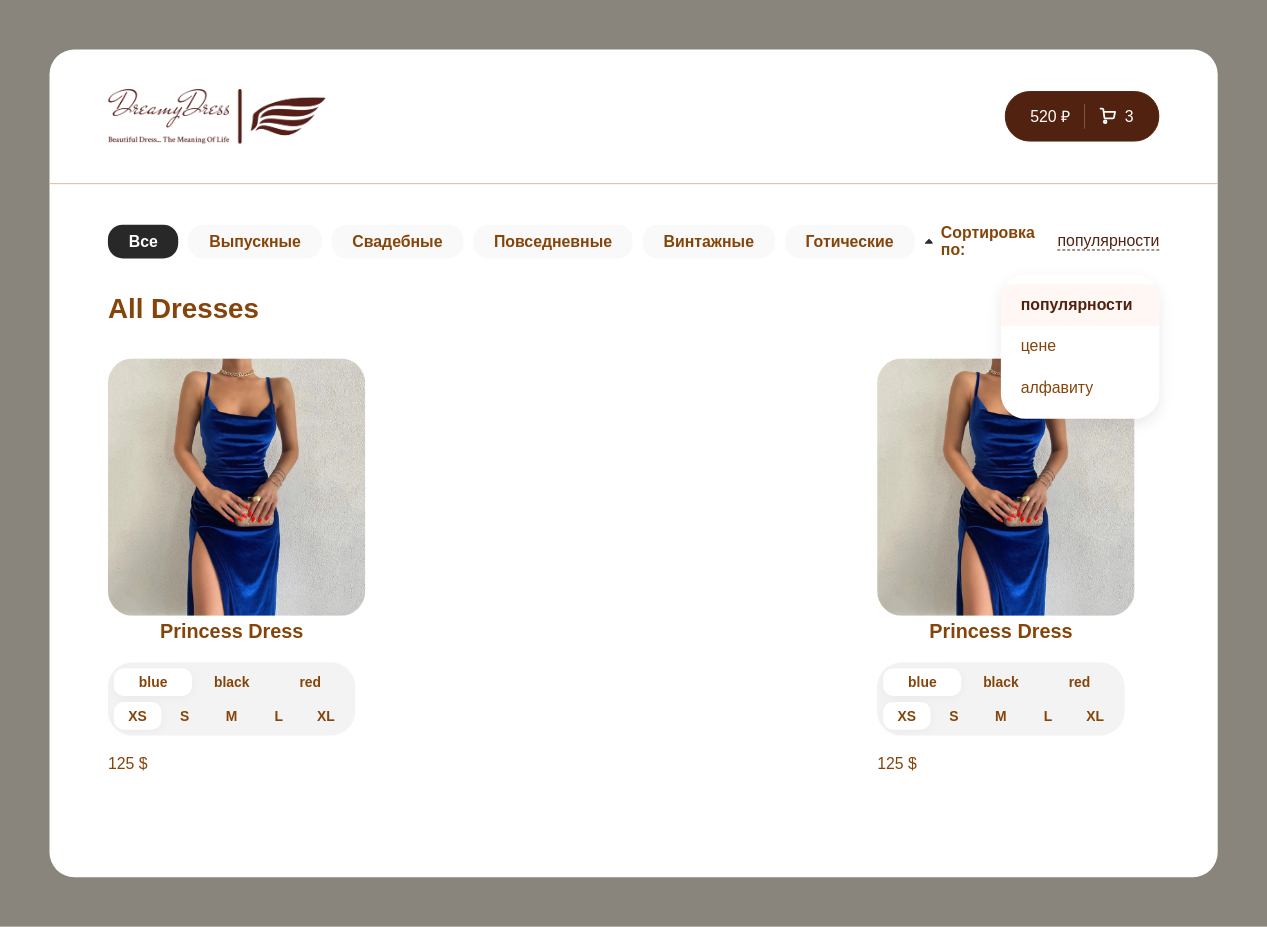
Repository: DisasterWoman/SPA-shop
Page: /
An editor plug-in stored every save of this project. The page is shown before and after the next save, followed by the edit.
The browser window is 1280 px wide. The pictures show the whole page, at 99% of full size.
Some web fonts or font styles are not loaded; a fallback is used. The project was rebuilt for these pictures with package versions that can differ from the ones it lists, and the page was loaded fresh each time.

Above is the page before, as saved 2022-11-28 20:35:53.

### src/App.js
import './scss/app.scss';
import Categories from './components/Categories/Categories';
import DressBlock from './components/DressBlock/DressBlock';
import Header from './components/Header/Header';
import Sort from './components/Sort/Sort';

function App() {
  return (
    <div className="wrapper">
      <Header />
      <div className="content">
        <div className="container">
          <div className="content__top">
            <Categories />
            <Sort />
          </div>
          <h2 className="content__title">All Dresses</h2>
          <div className="content__items">
            <DressBlock />
            <DressBlock />
          </div>
        </div>
      </div>
    </div>
  );
}

export default App;

### src/scss/app.scss
@import 'variables.scss';
@import './libs/normalize.scss';
@import './all';

body {
  background-color: $background;
}

.wrapper {
  width: calc(100vw - 100px);
  height: 100%;
  background-color: #fff;
  margin: 50px auto;
  border-radius: 25px;
  max-width: 1400px;
}

.content {
  padding: 40px 0;

  &__title {
    margin: 35px 0;
  }

  &__items {
    display: flex;
    flex-wrap: wrap;
    justify-content: space-between;
  }

  &__top {
    display: flex;
    align-items: center;
    justify-content: space-between;
  }
}

.container {
  width: $container-width;
  margin: 0 auto;

  &--cart {
    max-width: 820px;
    margin: 90px auto;
    .content__title {
      margin: 0;
    }
  }
}

.cart {
  &__top {
    display: flex;
    justify-content: space-between;
    align-items: center;
  }

  .content__title {
    display: flex;
    align-items: center;
    font-size: 32px;

    svg {
      position: relative;
      top: -2px;
      width: 30px;
      height: 30px;
      margin-right: 10px;
      path {
        stroke: $black;
        strokewidth: 1.9;
      }
    }
  }

  &__clear {
    display: flex;
    align-items: center;
    cursor: pointer;
    @include noselect();

    span {
      display: inline-block;
      margin-left: 7px;
      color: #b6b6b6;
      font-size: 18px;
    }

    span,
    svg,
    path {
      transition: all $duration ease-in-out;
    }

    &:hover {
      svg {
        path {
          stroke: darken($color: #b6b6b6, $amount: 50);
        }
      }
      span {
        color: darken($color: #b6b6b6, $amount: 50);
      }
    }
  }

  &__item {
    display: flex;
    width: 100%;
    border-top: 1px solid $gray-line;
    padding-top: 30px;
    margin-top: 30px;

    &-img {
      display: flex;
      align-items: center;
      margin-right: 15px;
      width: 10%;

      img {
        width: 80px;
        height: 80px;
      }
    }

    &-info {
      display: flex;
      flex-direction: column;
      justify-content: center;
      width: 40%;

      h3 {
        font-weight: bold;
        font-size: 22px;
        line-height: 27px;
        letter-spacing: 0.01em;
      }

      p {
        font-size: 18px;
        color: #8d8d8d;
      }
    }

    &-count {
      display: flex;
      align-items: center;
      justify-content: space-between;
      width: 13%;

      &-minus {
        svg {
          path:first-of-type {
            display: none;
          }
        }
      }

      b {
        font-size: 22px;
      }
    }

    &-price {
      display: flex;
      align-items: center;
      justify-content: center;
      width: 33%;

      b {
        font-weight: bold;
        font-size: 22px;
        letter-spacing: 0.01em;
      }
    }

    &-remove {
      display: flex;
      align-items: center;
      justify-content: flex-end;
      width: 4%;

      .button {
        border-color: darken($color: $gray-line, $amount: 10);
      }

      svg {
        transform: rotate(45deg);

        path {
          fill: darken($color: $gray-line, $amount: 15);
        }
      }

      .button {
        svg {
          width: 11.5px;
          height: 11.5px;
          position: relative;
        }
        &:hover,
        &:active {
          border-color: darken($color: $gray-line, $amount: 80);
          background-color: darken($color: $gray-line, $amount: 80);
        }
      }
    }
  }

  &__bottom {
    margin: 50px 0;

    &-details {
      display: flex;
      justify-content: space-between;

      span {
        font-size: 22px;

        &:last-of-type {
          b {
            color: $brown;
          }
        }
      }
    }

    &-buttons {
      display: flex;
      justify-content: space-between;
      margin-top: 40px;

      .go-back-btn {
        display: flex;
        align-items: center;
        justify-content: center;
        width: 210px;

        border-color: darken($color: $gray-line, $amount: 10);

        span {
          color: darken($color: $gray-line, $amount: 20);
          font-weight: 500;
          font-weight: 600;
        }

        &:hover {
          background-color: darken($color: $gray-line, $amount: 90);
          border-color: darken($color: $gray-line, $amount: 90);

          span {
            color: $gray-line;
          }
        }

        svg {
          margin-right: 12px;
          path {
            fill: transparent;
            strokewidth: 2;
          }
        }
      }

      .pay-btn {
        font-size: 16px;
        font-weight: 600;
        width: 210px;
        padding: 16px;
      }
    }
  }

  &--empty {
    margin: 0 auto;
    width: 560px;
    text-align: center;

    h2 {
      font-size: 32px;
      margin-bottom: 10px;
    }

    p {
      font-size: 18px;
      line-height: 145.4%;
      letter-spacing: 0.01em;
      color: #777777;
    }

    icon {
      position: relative;
      top: 2px;
    }

    img {
      display: block;
      width: 300px;
      margin: 45px auto 60px;
    }

    .button--black {
      padding: 12px 0 14px;
      width: 230px;
      margin: 0 auto;
      font-weight: 600;
      font-size: 18px;
    }
  }
}

### src/components/Categories/Categories.jsx
import React from 'react';

function Categories() {
  return (
    <div className="categories">
      <ul>
        <li className="active">Все</li>
        <li>Выпускные</li>
        <li>Свадебные</li>
        <li>Повседневные</li>
        <li>Винтажные</li>
        <li>Готические</li>
      </ul>
    </div>
  );
}

export default Categories;

### src/components/DressBlock/DressBlock.jsx
import React from 'react';
import './_dress-block.scss';
function DressBlock() {
  return (
    <div className="dress-block">
      <img className="dress-block__image" src="/images/dresses/dress0-blue.webp" alt="Dress" />
      <h4 className="dress-block__title">Princess Dress</h4>
      <div className="dress-block__selector">
        <ul>
          <li className="active">blue</li>
          <li>black</li>
          <li>red</li>
        </ul>
        <ul>
          <li className="active">XS</li>
          <li>S</li>
          <li>M</li>
          <li>L</li>
          <li>XL</li>
        </ul>
      </div>
      <div className="dress-block__bottom">
        <div className="dress-blockk__price">125 $</div>

      </div>
    </div>
  );
}

export default DressBlock;

### src/components/Header/Header.jsx
import React from 'react';
import './_header.scss';
function Header() {
  return (
    <div className="header">
      <div className="container">
        <div className="header__logo">
          <img width="220" src="/dreamy-dress.png" alt="logo" />
          <div></div>
        </div>
        <div className="header__cart">
          <a href="/cart.html" className="button button--cart">
            <span>520 ₽</span>
            <div className="button__delimiter"></div>
            <svg
              width="18"
              height="18"
              viewBox="0 0 18 18"
              fill="none"
              xmlns="http://www.w3.org/2000/svg"
            >
              <path
                d="M6.33333 16.3333C7.06971 16.3333 7.66667 15.7364 7.66667 15C7.66667 14.2636 7.06971 13.6667 6.33333 13.6667C5.59695 13.6667 5 14.2636 5 15C5 15.7364 5.59695 16.3333 6.33333 16.3333Z"
                stroke="white"
                strokeWidth="1.8"
                strokeLinecap="round"
                strokeLinejoin="round"
              />
              <path stroke="white" strokeWidth="1.8" strokeLinecap="round" strokeLinejoin="round" />
              <path
                d="M4.78002 4.99999H16.3334L15.2134 10.5933C15.1524 10.9003 14.9854 11.176 14.7417 11.3722C14.4979 11.5684 14.1929 11.6727 13.88 11.6667H6.83335C6.50781 11.6694 6.1925 11.553 5.94689 11.3393C5.70128 11.1256 5.54233 10.8295 5.50002 10.5067L4.48669 2.82666C4.44466 2.50615 4.28764 2.21182 4.04482 1.99844C3.80201 1.78505 3.48994 1.66715 3.16669 1.66666H1.66669"
                stroke="white"
                strokeWidth="1.8"
                strokeLinecap="round"
                strokeLinejoin="round"
              />
            </svg>
            <span>3</span>
          </a>
        </div>
      </div>
    </div>
  );
}

export default Header;

### src/components/Sort/Sort.jsx
import React from 'react';
import './_sort.scss';

function Sort() {
  return (
    <div className="sort">
      <div className="sort__label">
        <svg
          width="10"
          height="6"
          viewBox="0 0 10 6"
          fill="none"
          xmlns="http://www.w3.org/2000/svg"
        >
          <path
            d="M10 5C10 5.16927 9.93815 5.31576 9.81445 5.43945C9.69075 5.56315 9.54427 5.625 9.375 5.625H0.625C0.455729 5.625 0.309245 5.56315 0.185547 5.43945C0.061849 5.31576 0 5.16927 0 5C0 4.83073 0.061849 4.68424 0.185547 4.56055L4.56055 0.185547C4.68424 0.061849 4.83073 0 5 0C5.16927 0 5.31576 0.061849 5.43945 0.185547L9.81445 4.56055C9.93815 4.68424 10 4.83073 10 5Z"
            fill="#2C2C2C"
          />
        </svg>
        <b>Сортировка по:</b>
        <span>популярности</span>
      </div>
      <div className="sort__popup">
        <ul>
          <li className="active">популярности</li>
          <li>цене</li>
          <li>алфавиту</li>
        </ul>
      </div>
    </div>
  );
}

export default Sort;

### src/scss/_variables.scss
$black: #85450a;
$background: #89857c;
$gray-line: #d5bda1;
$brown: #50220f;

$container-width: 90%;

$duration: 0.15s;

### src/scss/libs/_normalize.scss
@import url('https://fonts.googleapis.com/css2?family=Anek+Devanagari&display=swap');

*{
  padding: 0;
  margin: 0;
  list-style: none;
  outline: none;
  font-family: 'Anek Devanagari', sans-serif;
  box-sizing: border-box;
}

html {
  -ms-text-size-adjust: 100%;
  -webkit-text-size-adjust: 100%;
}

body {
  -moz-osx-font-smoothing: grayscale;
  -webkit-font-smoothing: antialiased;
  color: $black;
}

a,
span,
p,
b,
h1,
h2,
h3,
h4,
h5 {
  color: $black;
}

h1 {
  font-size: 48px;
}

h2 {
  font-weight: 600;
  font-size: 28px;
  line-height: 30px;
}

a {
  text-decoration: none;
}

@mixin noselect {
  -webkit-touch-callout: none; /* iOS Safari */
  -webkit-user-select: none; /* Safari */
  -khtml-user-select: none; /* Konqueror HTML */
  -moz-user-select: none; /* Old versions of Firefox */
  -ms-user-select: none; /* Internet Explorer/Edge */
  user-select: none; /* Non-prefixed version, currently
                                  supported by Chrome, Opera and Firefox */
}

### src/scss/_all.scss
@import '../components/Header/Header';
@import '../components/Button/button';
@import '../components/Categories/Categories';
@import '../components/Sort/Sort';
@import '../components/DressBlock/dress-block';

### src/components/Header/_header.scss
@import '../../../src/scss/variables';

.header {
  border-bottom: 1px solid $gray-line;
  padding: 40px 0;

  .container {
    display: flex;
    align-items: center;
    justify-content: space-between;
  }

  &__logo {
    display: flex;

    img {
      margin-right: 15px;
    }

    h1 {
      color: #181818;
      font-size: 24px;
      letter-spacing: 1%;
      text-transform: uppercase;
      font-weight: 800;
    }

    p {
      color: #7b7b7b;
    }
  }
}

### src/components/Button/_button.scss
@import '../../../src/scss/variables';

.button {
  display: inline-block;
  background-color: $brown;
  border-radius: 25px;
  padding: 10px 20px;
  min-width: 100px;
  text-align: center;
  cursor: pointer;
  transition: background-color $duration ease-in-out, border-color $duration ease-in-out;
  border: 1px solid transparent;

  &,
  span {
    color: #fff;
  }

  i,
  span,
  path,
  svg {
    transition: all $duration ease-in-out;
  }

  &:hover {
    background-color: darken($brown, 8%);
  }

  &:active {
    background-color: darken($brown, 12%);
    transform: translateY(1px);
  }

  &--circle {
    display: flex;
    align-items: center;
    justify-content: center;
    width: 30px;
    height: 30px;
    min-width: 30px;
    padding: 0;
    border-width: 2px;
  }

  &--black {
    background-color: $black;

    &:hover,
    &:active {
      background-color: lighten($color: $black, $amount: 10);
    }
  }

  &--outline {
    background-color: #fff;
    border-color: $brown;
    &,
    span {
      color: $brown;
    }

    svg {
      path {
        fill: $brown;
      }
    }

    &:hover {
      background-color: $brown;

      &,
      span {
        color: #fff;
      }

      svg {
        path {
          fill: #fff;
        }
      }
    }

    &:active {
      background-color: darken($brown, 8%);
    }
  }

  &__delimiter {
    width: 1px;
    height: 25px;
    background-color: rgba(255, 255, 255, 0.25);
    margin-left: 14px;
    margin-right: 14px;
  }

  &--add {
    svg {
      margin-right: 2px;
    }

    span {
      font-weight: 600;
      font-size: 14px;
    }

    &:hover {
      i {
        background-color: #fff;
        color: $brown;
      }
    }

    i {
      display: inline-block;
      border-radius: 30px;
      background-color: $brown;
      color: #fff;
      font-weight: 600;
      width: 20px;
      height: 20px;
      font-style: normal;
      font-size: 13px;
      line-height: 22px;
      position: relative;
      top: -1px;
      left: 3px;
    }
  }

  &--cart {
    display: flex;
    align-items: center;
    line-height: 23px;
    padding: 12px 25px;
    border-color: $brown;

    svg {
      margin-right: 8px;
      margin-bottom: 1px;
    }

    span {
      font-weight: 500;
      font-size: 16px;
    }
  }
}

### src/components/Categories/_categories.scss
@import '../../../src/scss/variables';

.categories {
  ul {
    display: flex;

    li {
      background-color: #f9f9f9;
      padding: 8px 21px;
      border-radius: 15px;
      margin-right: 10px;
      font-weight: bold;
      cursor: pointer;
      transition: background-color 0.1s ease-in-out;
      @include noselect();

      &:hover {
        background-color: darken(#f9f9f9, 2%);
      }

      &:active {
        background-color: darken(#f9f9f9, 5%);
      }

      &.active {
        background-color: #282828;
        color: #fff;
      }
    }
  }
}

### src/components/Sort/_sort.scss
@import '../../../src/scss/variables';

.sort {
  position: relative;
  &__label {
    display: flex;
    align-items: center;

    svg {
      margin-right: 8px;
    }

    b {
      margin-right: 8px;
    }

    span {
      color: $brown;
      border-bottom: 1px dashed $brown;
      cursor: pointer;
    }
  }

  &__popup {
    position: absolute;
    right: 0;
    margin-top: 15px;
    background: #ffffff;
    box-shadow: 0px 5px 15px rgba(0, 0, 0, 0.09);
    border-radius: 25px;
    overflow: hidden;
    padding: 10px 0;
    width: 160px;

    ul {
      overflow: hidden;
      li {
        padding: 12px 20px;
        cursor: pointer;

        &.active,
        &:hover {
          background: rgba(254, 95, 30, 0.05);
        }

        &.active {
          font-weight: bold;
          color: $brown;
        }
      }
    }
  }
}

### src/components/DressBlock/_dress-block.scss
@import '../../../src/scss/variables';

.dress-block {
  width: 250px;
  text-align: center;
  margin-bottom: 65px;

  &:not(:nth-of-type(4n)) {
    margin-right: 35px;
  }

  &__image {
    border-radius: 25px;
    width: 260px;
  }

  &__title {
    font-size: 20px;
    font-weight: 900;
    letter-spacing: 1%;
    margin-bottom: 20px;
  }

  &__selector {
    display: flex;
    background-color: #f3f3f3;
    border-radius: 25px;
    flex-direction: column;
    padding: 6px;

    ul {
      display: flex;
      flex: 1;

      &:first-of-type {
        margin-bottom: 6px;
      }

      li {
        padding: 6px;
        flex: 1;
        cursor: pointer;
        font-weight: 600;
        font-size: 14px;
        &.active {
          background: #ffffff;
          box-shadow: 0px 2px 11px rgba(0, 0, 0, 0.04);
          border-radius: 10px;
          cursor: auto;
        }
      }
    }
  }

  &__bottom {
    display: flex;
    align-items: center;
    justify-content: space-between;
    margin-top: 20px;
  }

  &__price {
    font-weight: bold;
    font-size: 22px;
    line-height: 27px;
    letter-spacing: 0.015em;
  }
}

Loaded but not shown: public/index.html (common file); src/index.js (common file)

After the next save:
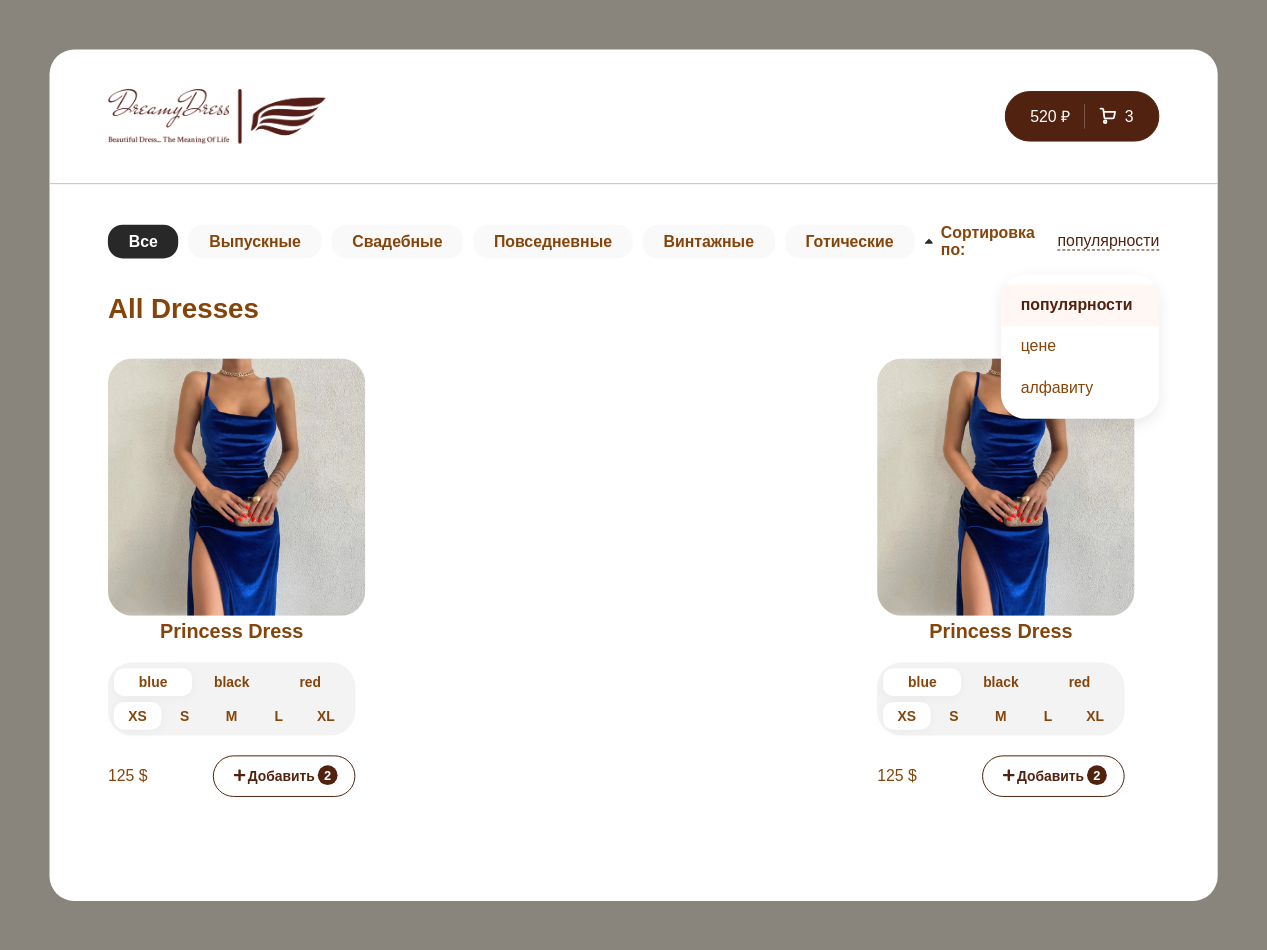
Saved 95 s later.
--- a/src/components/DressBlock/DressBlock.jsx
+++ b/src/components/DressBlock/DressBlock.jsx
@@ -21,7 +21,22 @@
       </div>
       <div className="dress-block__bottom">
         <div className="dress-blockk__price">125 $</div>
-
+        <div className="button button--outline button--add">
+          <svg
+            width="12"
+            height="12"
+            viewBox="0 0 12 12"
+            fill="none"
+            xmlns="http://www.w3.org/2000/svg"
+          >
+            <path
+              d="M10.8 4.8H7.2V1.2C7.2 0.5373 6.6627 0 6 0C5.3373 0 4.8 0.5373 4.8 1.2V4.8H1.2C0.5373 4.8 0 5.3373 0 6C0 6.6627 0.5373 7.2 1.2 7.2H4.8V10.8C4.8 11.4627 5.3373 12 6 12C6.6627 12 7.2 11.4627 7.2 10.8V7.2H10.8C11.4627 7.2 12 6.6627 12 6C12 5.3373 11.4627 4.8 10.8 4.8Z"
+              fill="white"
+            />
+          </svg>
+          <span>Добавить</span>
+          <i>2</i>
+        </div>
       </div>
     </div>
   );

After the save that followed:
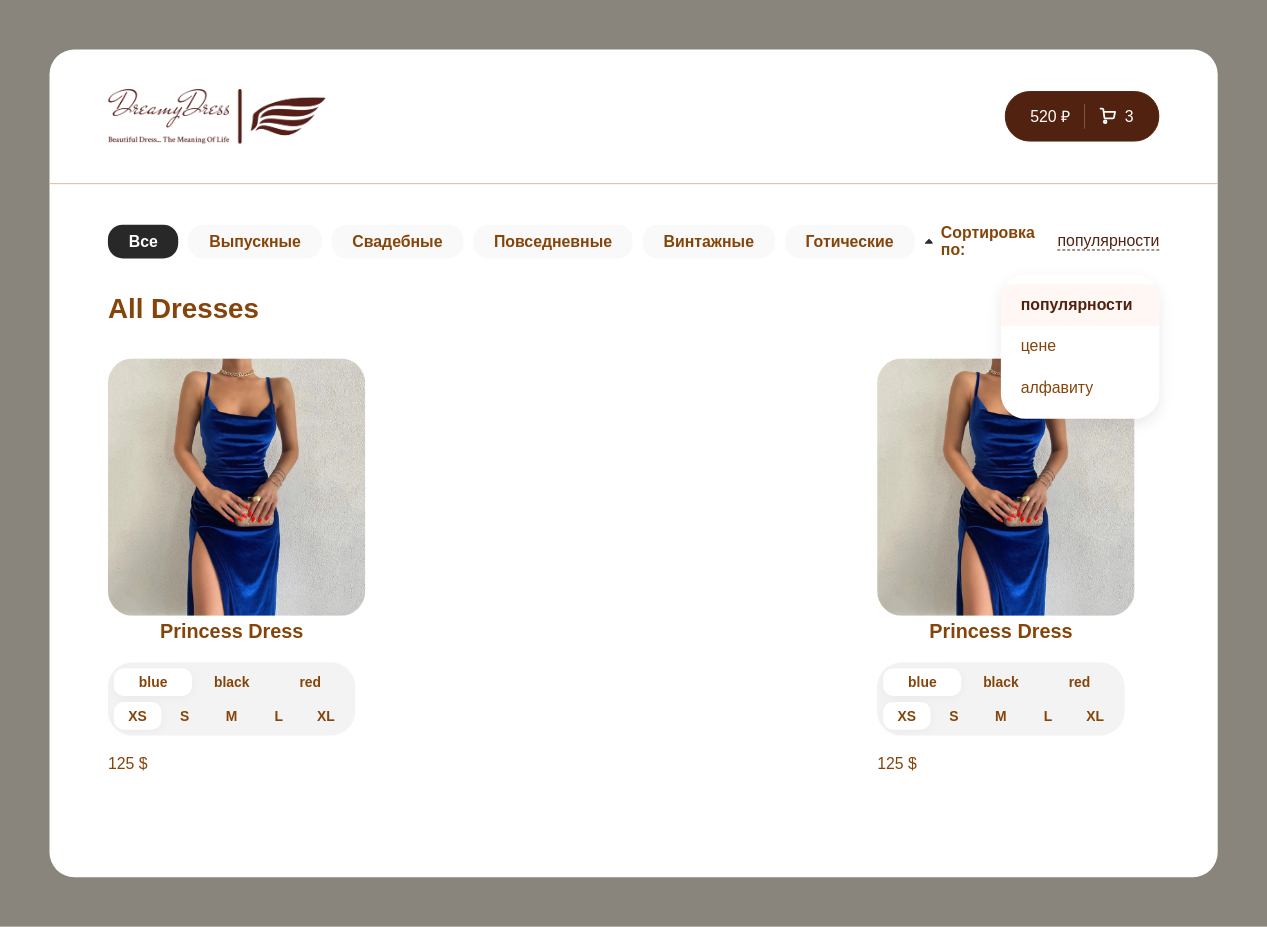
Saved 6 s later.
--- a/src/components/DressBlock/DressBlock.jsx
+++ b/src/components/DressBlock/DressBlock.jsx
@@ -21,22 +21,7 @@
       </div>
       <div className="dress-block__bottom">
         <div className="dress-blockk__price">125 $</div>
-        <div className="button button--outline button--add">
-          <svg
-            width="12"
-            height="12"
-            viewBox="0 0 12 12"
-            fill="none"
-            xmlns="http://www.w3.org/2000/svg"
-          >
-            <path
-              d="M10.8 4.8H7.2V1.2C7.2 0.5373 6.6627 0 6 0C5.3373 0 4.8 0.5373 4.8 1.2V4.8H1.2C0.5373 4.8 0 5.3373 0 6C0 6.6627 0.5373 7.2 1.2 7.2H4.8V10.8C4.8 11.4627 5.3373 12 6 12C6.6627 12 7.2 11.4627 7.2 10.8V7.2H10.8C11.4627 7.2 12 6.6627 12 6C12 5.3373 11.4627 4.8 10.8 4.8Z"
-              fill="white"
-            />
-          </svg>
-          <span>Добавить</span>
-          <i>2</i>
-        </div>
+
       </div>
     </div>
   );
